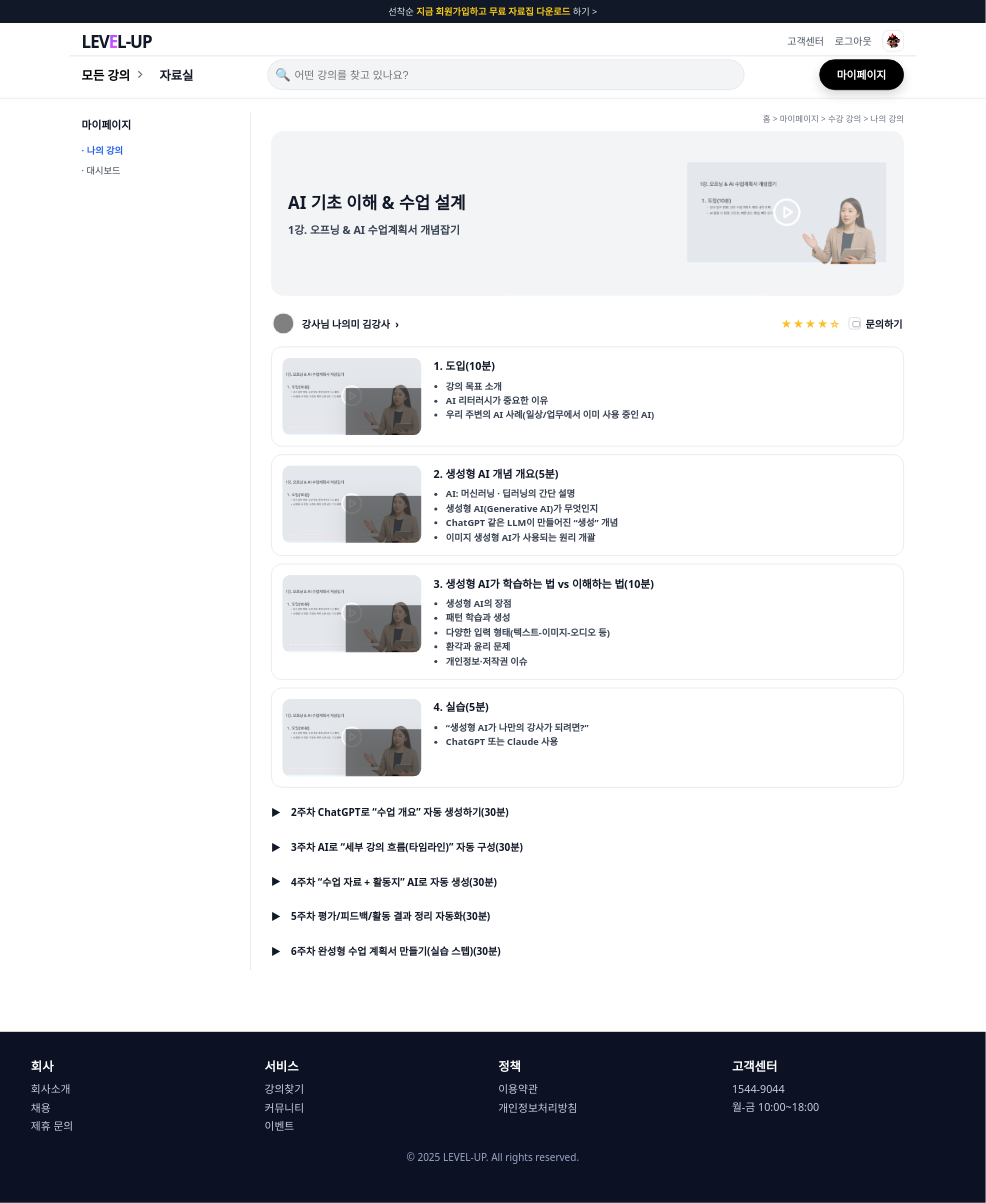
Repository: Iimchaehoon/level_up
Page: my_lecture.html
An editor plug-in stored every save of this project. The page is shown before and after the next save, followed by the edit.
The browser window is 1280 px wide. The pictures show the whole page, at 77% of full size.

Above is the page before, as saved 2025-12-14 01:24:13.

After the next save:
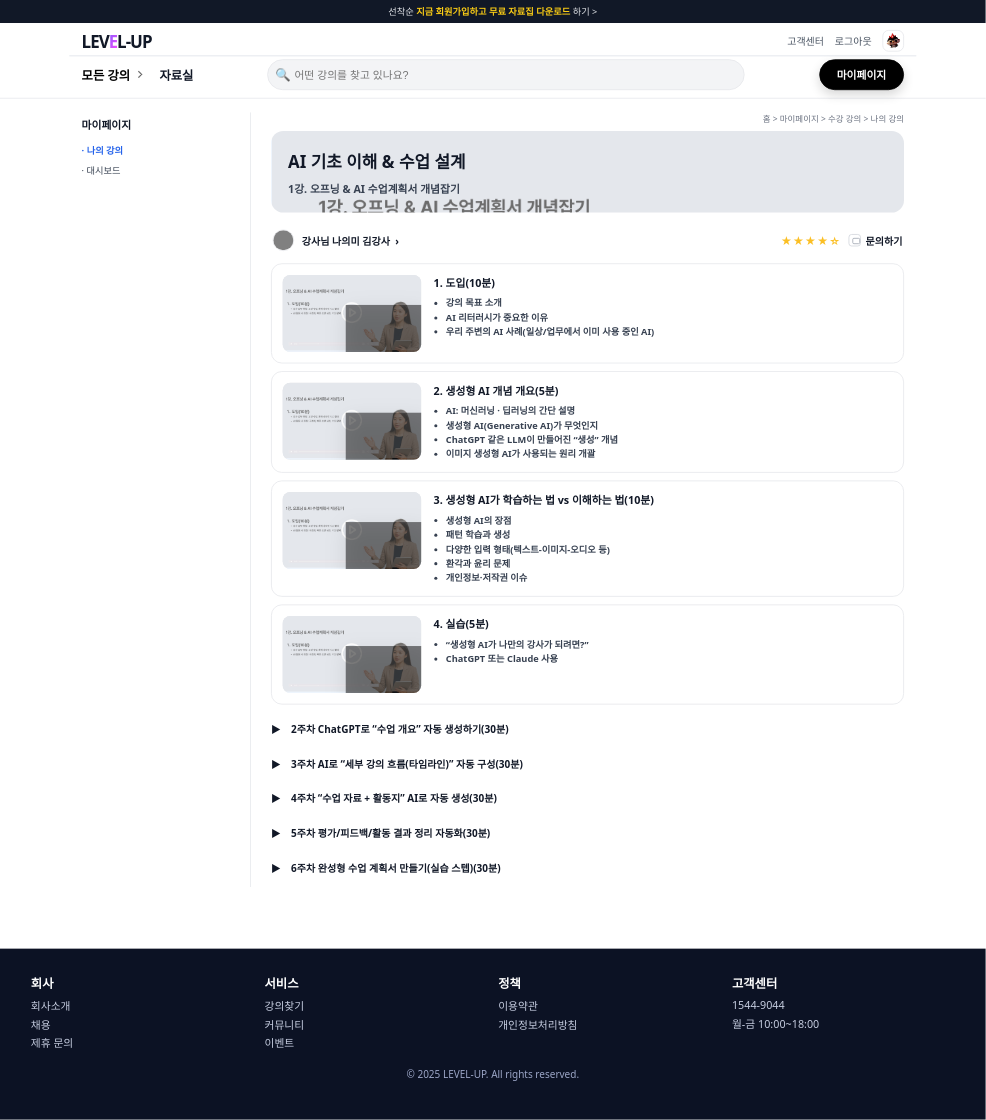
Saved 89 s later.
--- a/my_lecture.html
+++ b/my_lecture.html
@@ -165,7 +165,7 @@
 
     /* 상단 히어로 카드 */
     .hero-card{
-      background:#f3f4f6;
+      background:url(./my_lec/Group_427322280.png);
       border-radius:16px;
       padding:22px 22px;
       display:flex;
@@ -462,10 +462,7 @@
           <h1 class="hero-title">AI 기초 이해 &amp; 수업 설계</h1>
           <p class="hero-sub">1강. 오프닝 &amp; AI 수업계획서 개념잡기</p>
         </div>
-        <div class="hero-figure">
-          <img src="./my_lec/Group_427322280.png" alt="강사 이미지"
-               onerror="this.onerror=null; this.src='./my_lec/Group_427322280.png';" />
-        </div>
+
       </div>
 
       <!-- 강사 라인 -->
